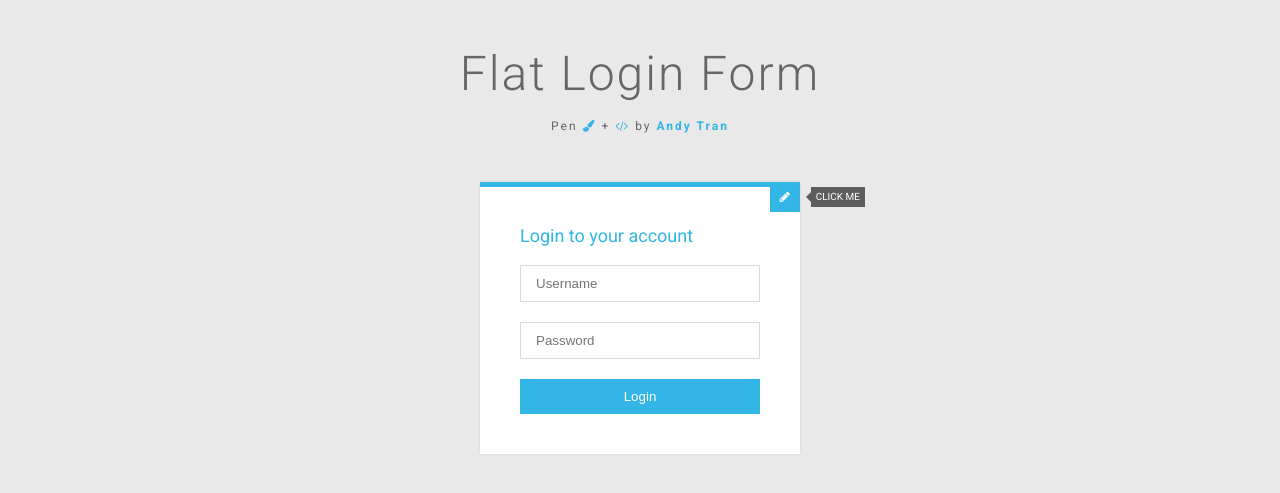
Repository: Txuso/MOPPA-Mobile-Parallel-Processing-Agents-
Page: MoppaWeb/login.html
The author's editor kept a copy of each file at every save. The page is drawn from the files as they stood at one save, then again after the next save.
The browser window is 1280 px wide. The pictures show the whole page.
Some web fonts or font styles are not loaded; a fallback is used. Some web libraries are served in a nearby version.

Above is the page before, as saved 2016-01-13 19:10:35.

After the next save:
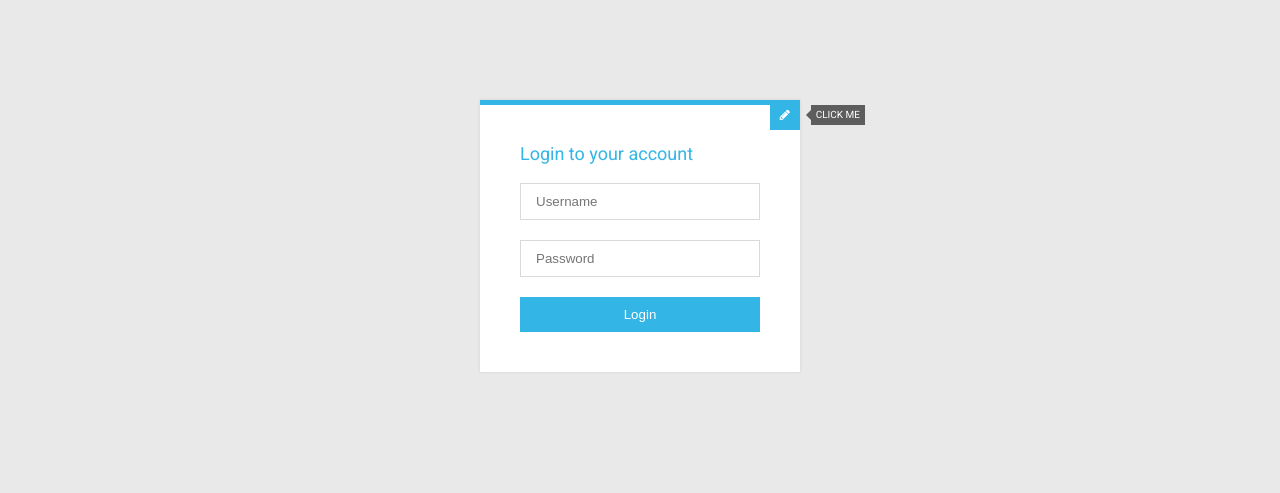
Saved 39 s later.
--- a/MoppaWeb/login.html
+++ b/MoppaWeb/login.html
@@ -19,13 +19,7 @@
 
   <body>
 
-
-<!-- Form Mixin-->
-<!-- Input Mixin-->
-<!-- Button Mixin-->
-<!-- Pen Title-->
 <div class="pen-title">
-  <h1>Flat Login Form</h1><span>Pen <i class='fa fa-paint-brush'></i> + <i class='fa fa-code'></i> by <a href='http://andytran.me'>Andy Tran</a></span>
 </div>
 <!-- Form Module-->
 <div class="module form-module">
